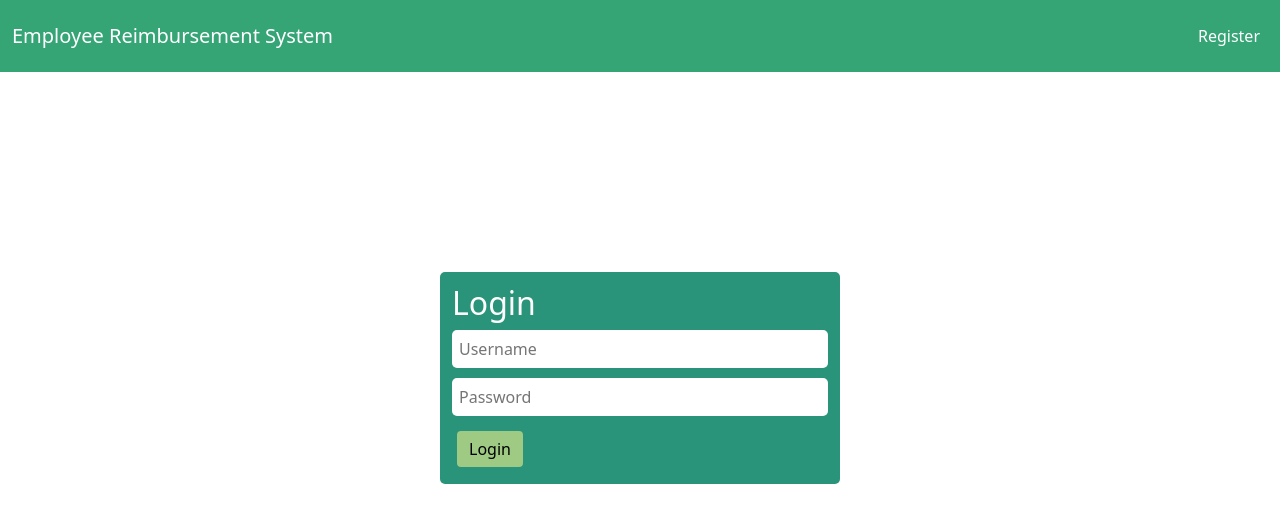
Repository: ChrisRod1212/FullStackJavaProject1
Page: src/main/resources/index.html
An editor plug-in stored every save of this project. The page is shown before and after the next save, followed by the edit.
The browser window is 1280 px wide. The pictures show the whole page.

Above is the page before, as saved 2022-03-25 09:20:18.

After the next save:
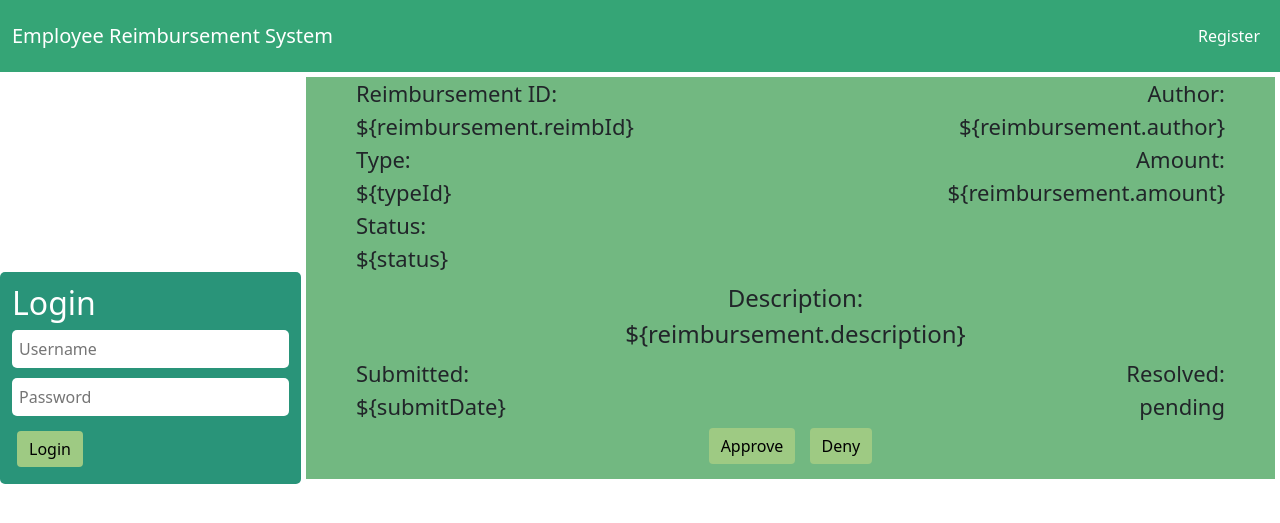
Console error (its wording comes from the project's code and is left out).
Saved 91 s later.
--- a/src/main/resources/index.html
+++ b/src/main/resources/index.html
@@ -42,7 +42,46 @@
                 <button class="btn">Login</button>
             </div>
           </form>
-
+          <div id="reimb-container">
+            <div class="container-row">
+              <div class="reimb-label-left" >Reimbursement ID:
+                <div>${reimbursement.reimbId}</div>
+              </div>
+              <div class="reimb-label-right">Author:
+                <div>${reimbursement.author}</div>
+              </div>
+            </div>
+            <div class="container-row">
+              <div class="reimb-label-left">Type:
+                <div>${typeId}</div>
+              </div>
+              <div class="reimb-label-right">Amount:
+                <div>${reimbursement.amount}</div>
+              </div>
+            </div>
+            <div class="container-row">
+              <div class="reimb-label-left">Status:
+                <div>${status}</div>
+              </div>
+            </div>
+            <div id="reimb-description">Description:
+              <div>${reimbursement.description}</div>
+            </div>
+            <div class="container-row">
+              <div class="reimb-label-left">Submitted:
+                <div>${submitDate}</div>
+              </div>
+              <div class="reimb-label-right">Resolved:
+                <div>pending</div>
+              </div>
+            </div>
+            <div class="container-row" id="approveDeny">
+                <div>
+                    <button class="btn"  onclick="approve(${reimbursement.reimbId});">Approve</button>
+                    <button class="btn"  onclick="deny(${reimbursement.reimbId});">Deny</button>
+                </div>
+              </div>
+          </div>
 
       </div>
     <script src="https://cdn.jsdelivr.net/npm/bootstrap@5.1.3/dist/js/bootstrap.bundle.min.js" integrity="sha384-ka7Sk0Gln4gmtz2MlQnikT1wXgYsOg+OMhuP+IlRH9sENBO0LRn5q+8nbTov4+1p" crossorigin="anonymous"></script>
